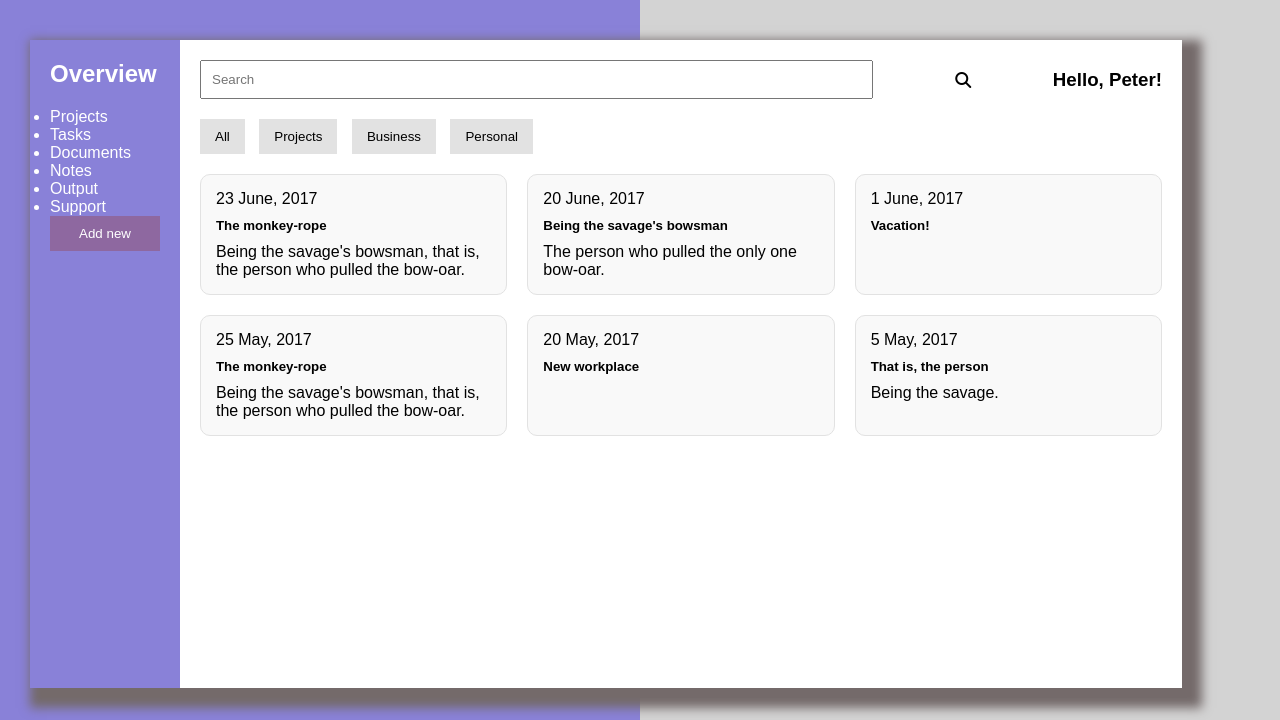
Repository: SatenikGabrielyan/HTML_CSS-_Assignment
Page: index.html
The author's editor kept a copy of each file at every save. The page is drawn from the files as they stood at one save, then again after a run of saves.
The browser window is 1280 px wide. The pictures show the whole page.
Some web libraries are served in a nearby version.

Above is the page before, as saved 2025-03-17 20:34:52.

### index.html
<!DOCTYPE html>
<html lang="en">
  <head>
    <meta charset="UTF-8" />
    <meta name="viewport" content="width=device-width, initial-scale=1.0" />
    <title>Notes App</title>
    <link rel="stylesheet" href="./style.css" />
    <!-- Include Font Awesome for icons -->
    <!-- <link href="https://cdnjs.cloudflare.com/ajax/libs/font-awesome/6.0.0-beta3/css/all.min.css" rel="stylesheet"/> -->
    <script src="https://kit.fontawesome.com/858d305f19.js" crossorigin="anonymous"></script>
</head>
  <body>

      <div class="cont">
          <div class="purp"></div>
          <div class="whit"></div>
      </div>
    <div class="container">
<!--
      <nav class="sidebar">
        <div class="sidebar-header">
          <h2>Notes</h2>
        </div>
        <ul class="sidebar-list">
          <li><i class="fas fa-home"></i> Home</li>
          <li><i class="fas fa-search"></i> Search</li>
          <li><i class="fas fa-bell"></i> Notifications</li>
        </ul>
      </nav>

      <main class="main-content">
        <header>
          <div class="header-left">
            <p>Hello, Peter!</p>
          </div>
          <div class="header-right">
            <i class="fas fa-bell"></i>
            <button class="add-note-btn">
              <i class="fas fa-plus"></i> Add New Note
            </button>
          </div>
        </header>
        <section class="notes-grid">

          <div class="note-item image-note">
            <img src="https://via.placeholder.com/150" alt="Note Image" />
          </div>

          <div class="note-item text-note">
            <p>Sample text note content...</p>
          </div>

          <div class="note-item mixed-note">
            <img src="https://via.placeholder.com/150" alt="Note Image" />
            <p>Sample mixed note content...</p>
          </div>
        </section>
      </main> -->
      <aside class="sidebar">
        <header>
            <h2>Overview</h2>
        </header>
        <nav>
            <ul>
                <li>Projects</li>
                <li>Tasks</li>
                <li>Documents</li>
                <li>Notes</li>
                <li>Output</li>
                <li>Support</li>
            </ul>
        </nav>
        <button class="add-new">Add new</button>
    </aside>

    <main class="main-content">
       <div class="header">
            <input type="text" placeholder="Search"><i class="fas fa-search"></i>
            <h3>Hello, Peter!</h3>
    </div>
         <!-- <nav class="sidebar">
             <div class="sidebar-header">
              <h2>Notes</h2>
            </div>
            <ul class="sidebar-list">
            <li class="about"><a href="#search"><i class="fas fa-search"> Search</a></li>
            <li class="about" style="float:right"><a class="active" href="#about">Hello, Peter!</a></li>
            </ul>
          </nav>  -->

        <div class="tabs">
            <button>All</button>
            <button>Projects</button>
            <button>Business</button>
            <button>Personal</button>
        </div>
        <div class="notes-grid">
            <div class="note-card">
                <h4>23 June, 2017</h4>
                <h5>The monkey-rope</h5>
                <p>Being the savage's bowsman, that is, the person who pulled the bow-oar.</p>
            </div>
            <div class="note-card">
                <h4>20 June, 2017</h4>
                <h5>Being the savage's bowsman</h5>
                <p>The person who pulled the only one bow-oar.</p>
            </div>
            <div class="note-card">
                <h4>1 June, 2017</h4>
                <h5>Vacation!</h5>
            </div>
            <div class="note-card">
                <h4>25 May, 2017</h4>
                <h5>The monkey-rope</h5>
                <p>Being the savage's bowsman, that is, the person who pulled the bow-oar.</p>
            </div>
            <div class="note-card">
                <h4>20 May, 2017</h4>
                <h5>New workplace</h5>
            </div>
            <div class="note-card">
                <h4>5 May, 2017</h4>
                <h5>That is, the person</h5>
                <p>Being the savage.</p>
            </div>
        </div>
    </main>
    </div>

  </body>
</html>

### style.css
/* CSS Variables for Colors */
:root {
    --bg-color: #fbfbfb;
    --primary-color: #8981d8;
    --secondary-color: #d0d0d0;
    --text-color: #858499;
    --highlight-color: #7f77cc;
    --hover-color: rgba(137, 129, 216, 0.5);
  }


  * {
    margin: 0;
    padding: 0;
    box-sizing: border-box;
  }

  body {
    font-family: Arial, sans-serif;
    background-color: var(--bg-color);
    display: flex;
    height: 100vh;
  }
  .wrapper{
    position: relative;
  }
  .cont{
      display: flex;
      width: 100%;
      position: relative;
      z-index: -1;
      border-radius: 10px;
  }
.purp {
    width: 50%;
    background-color: var(--primary-color);
    flex-direction: row;
}
.whit {
    width: 50%;
    background-color: lightgray;
    flex-direction: row;
}
  .container {
    display: flex;
    width: 90%;
    height: 90%;

    box-shadow: 10px 10px 10px 10px rgb(116, 106, 106);
    margin-left: 30px;
    margin-right: 30px;
    margin-top: 40px;
    margin-bottom: 80px;
    background: center;
    position: absolute;
    z-index: 2;
  }

   .sidebar {
    width: 150px;
    background-color: var(--primary-color);
    color: #fff;
    display: flex;
    flex-direction: column;
    padding: 20px;
  }

  .main-content li {
    float: left;
  }

  .main-content li a {
    display: block;
    color: white;
    text-align: center;
    padding: 14px 16px;
    text-decoration: none;
  }

  .main-content li a:hover:not(.active) {
    background-color: #111;
  }

  .sidebar-header h2 {
    margin-bottom: 20px;
  }

  .sidebar-list {
    list-style: none;
  }

  .sidebar-list li {
    margin: 15px 0;
    display: flex;
    align-items: center;
    cursor: pointer;
  }

  .sidebar-list li i {
    margin-right: 10px;
  }

  .main-content {
    background-color: white;
    width: 200px;
    flex-grow: 1;
    padding: 20px;
    overflow-y: auto;
  }

   header {
    display: flex;
    justify-content: space-between;
    align-items: center;
    margin-bottom: 20px;
  }
  /*
  .header-left p {
    font-size: 1.2em;
    color: var(--text-color);
  }

  .header-right {
    display: flex;
    align-items: center;
  }

  .header-right i {
    margin-right: 20px;
    cursor: pointer;
  }

  .add-note-btn {
    background-color: var(--primary-color);
    color: #fff;
    border: none;
    padding: 10px 20px;
    cursor: pointer;
    display: flex;
    align-items: center;
  }

  .add-note-btn i {
    margin-right: 10px;
  }


  .notes-grid {
    display: grid;
    grid-template-columns: repeat(auto-fill, minmax(300px, 1fr));
    gap: 20px;
  }

  .note-item {
    background-color: #fff;
    border-radius: 8px;
    box-shadow: 0 2px 4px rgba(0, 0, 0, 0.1);
    overflow: hidden;
    display: flex;
    flex-direction: column;
    padding: 20px;
  }

  .note-item img {
    width: 100%;
    height: auto;
    border-radius: 8px;
    margin-bottom: 15px;
  }

  .note-item p {
    color: var(--text-color);
    font-size: 1em;
    line-height: 1.5;
  }


  .sidebar-list li:hover {
    background-color: var(--highlight-color);
    transition: background-color 0.3s ease;
  }


  @media (max-width: 768px) {
    .container {
      flex-direction: column;
    }

    .sidebar {
      width: 100%;
      flex-direction: row;
      justify-content: space-around;
      padding: 10px;
    }

    .sidebar-list {
      display: flex;
      flex-direction: row;
      gap: 15px;
    }

    .sidebar-list li {
      margin: 0;
    }

    .main-content {
      padding: 10px;
    }

    header {
      flex-direction: column;
      align-items: flex-start;
    }

    .header-right {
      margin-top: 10px;
    }

    .notes-grid {
      grid-template-columns: 1fr;
    }

    .note-item {
      padding: 10px;
    }

    .note-item img {
      margin-bottom: 10px;
    }
  } */
  /* .sidebar {
    background-color: #5e4b9a;
    color: white;
    width: 300px;
    padding: 20px;
} */

/* .sidebar header {
    font-size: 24px;
}

.sidebar nav ul {
    list-style: none;
    padding: 0;
}

.sidebar nav ul li {
    margin: 15px 0;
} */

.add-new {
    background-color: #8e68a0;
    color: white;
    border: none;
    padding: 10px;
    cursor: pointer;
}

.main-content {
    flex: 1;
    padding: 20px;
    background-color: white;
}

.header {
    display: flex;
    justify-content: space-between;
    align-items: center;
}

.header input {
    padding: 10px;
    width: 70%;
}

.header h3 {
    margin: 0;
}

.tabs {
    margin: 20px 0;
}

.tabs button {
    margin-right: 10px;
    padding: 10px 15px;
    border: none;
    background-color: #e2e2e2;
    cursor: pointer;
}

.notes-grid {
    display: grid;
    grid-template-columns: repeat(auto-fill, minmax(240px, 1fr));
    gap: 20px;
}

.note-card {
    border: 1px solid #e2e2e2;
    border-radius: 10px;
    padding: 15px;
    background-color: #f9f9f9;
}

.note-card h4 {
    margin: 0;
    font-weight: normal;
}

.note-card h5 {
    margin: 10px 0;
}

After the next 2 saves:
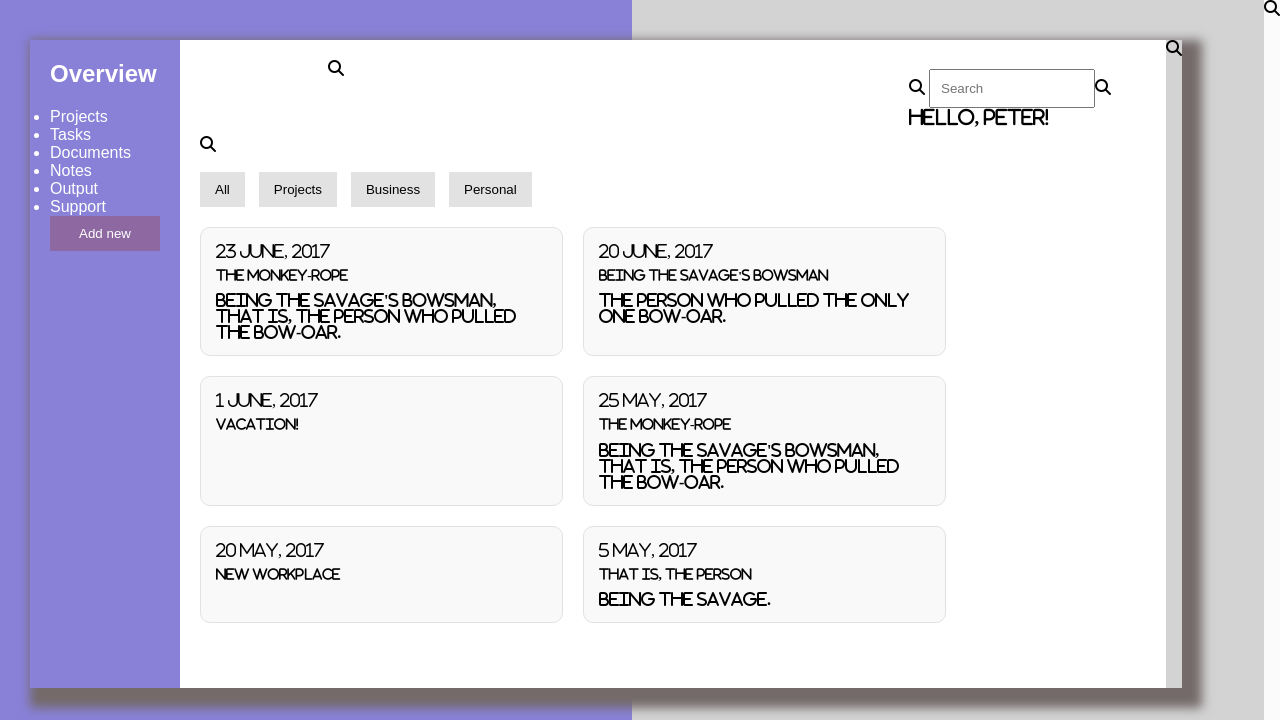
The 2 saves are shown as one change because they came seconds apart.
The last was saved 23 s later.
--- a/index.html
+++ b/index.html
@@ -75,6 +75,10 @@
 
     <main class="main-content">
        <div class="header">
+        <ul class="sidebar-list">
+            <li class="about"><a href="#search"><i class="fas fa-search"> Search</a></li>
+            <li class="about" style="float:right"><a class="active" href="#about">Hello, Peter!</a></li>
+            </ul>
             <input type="text" placeholder="Search"><i class="fas fa-search"></i>
             <h3>Hello, Peter!</h3>
     </div>
